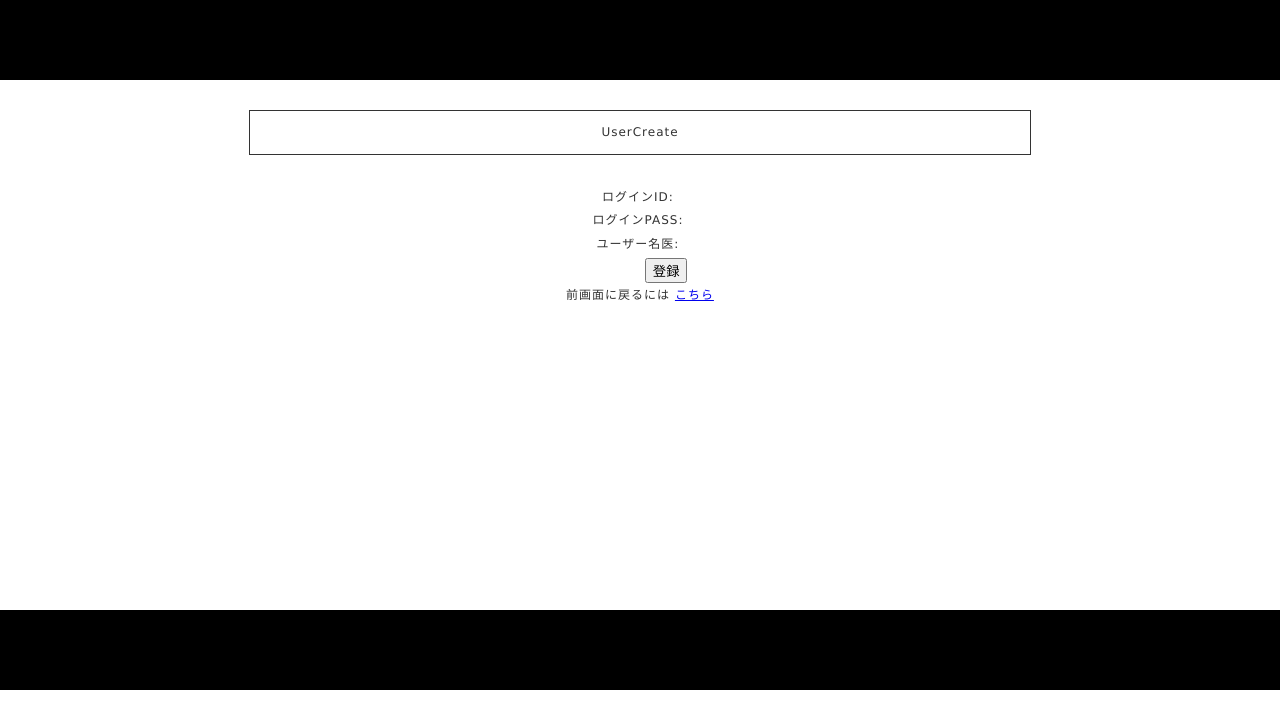
Repository: 1209mori05/test
Page: http://localhost/template/UserCreateAction.action
These files come from the project's save history. The page is drawn as it stood at one moment and after the next save; the edit follows.
The browser window is 1280 px wide. The pictures show the whole page.
The page is served by Tomcat 9.

Above is the page before, as saved 2018-03-27 06:44:05.

After the next save:
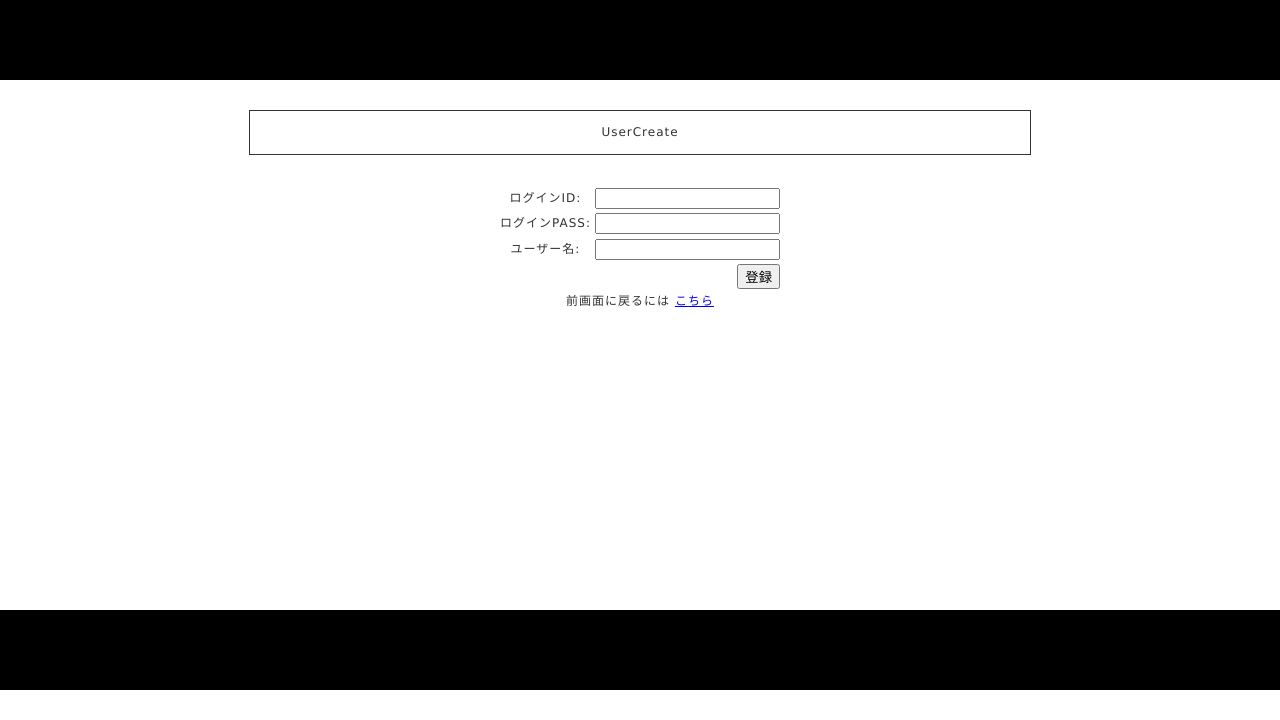
Saved 55 s later.
--- a/template/WebContent/userCreate.jsp
+++ b/template/WebContent/userCreate.jsp
@@ -68,15 +68,15 @@
 				<s:form action="UserCreateConfirmAction">
 					<tr>
 						<td><label>ログインID:</label></td>
-						<td><imput type="text" name="loginUserId" value="" /></td>
+						<td><input type="text" name="loginUserId" value="" /></td>
 					</tr>
 					<tr>
 						<td><label>ログインPASS:</label></td>
-						<td><imput type="text" name="loginPassword" value="" /></td>
+						<td><input type="text" name="loginPassword" value="" /></td>
 					</tr>
 					<tr>
-						<td><label>ユーザー名医:</label></td>
-						<td><imput type="text" name="userName" value="" /></td>
+						<td><label>ユーザー名:</label></td>
+						<td><input type="text" name="userName" value="" /></td>
 					</tr>
 					<s:submit value="登録" />
 				</s:form>
